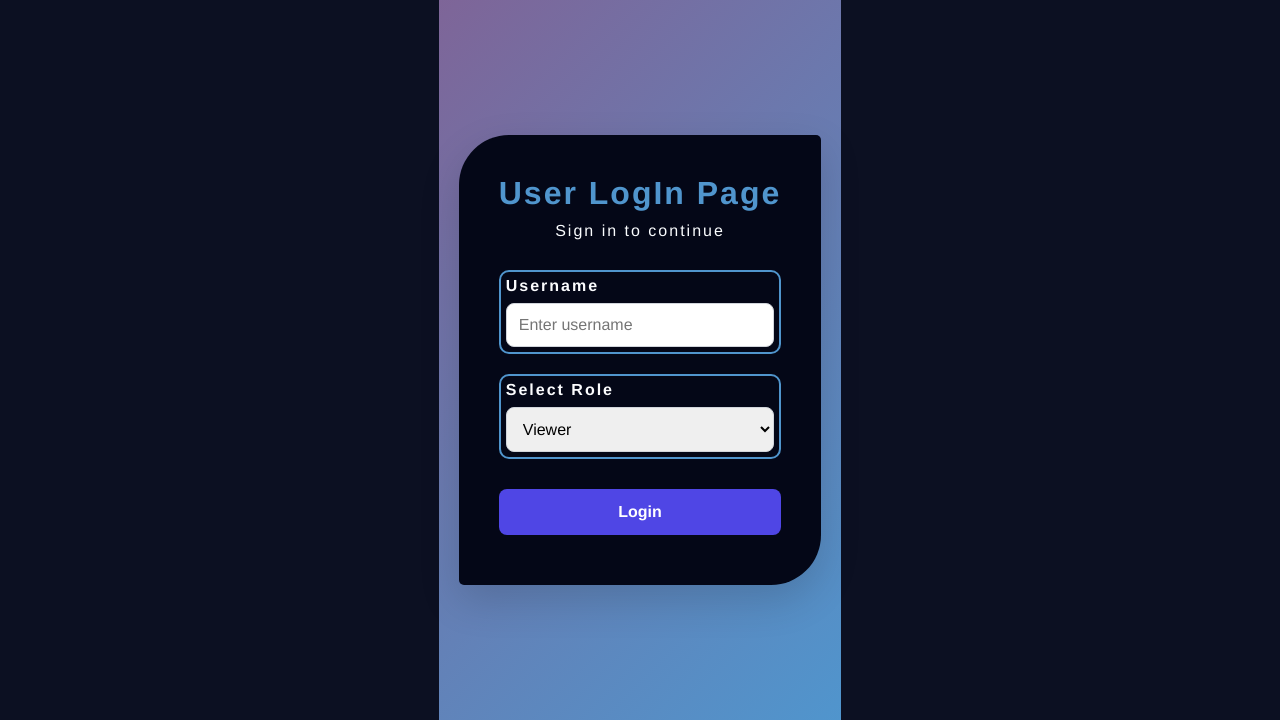
Repository: SolomonChinonso/myUserDashboard
Page: / (app in my-user-dashboard-app/)
An editor plug-in stored every save of this project. The page is shown before and after a run of saves, followed by the edit.
The browser window is 1280 px wide. The pictures show the whole page.
The project was rebuilt for these pictures with package versions that can differ from the ones it lists, and the page was loaded fresh each time. Also part of the build but not shown: my-user-dashboard-app/vite.config.ts, my-user-dashboard-app/src/App.css, my-user-dashboard-app/src/pages/Dashboard.tsx, my-user-dashboard-app/src/pages/Profile.tsx, my-user-dashboard-app/src/pages/Settings.tsx, my-user-dashboard-app/src/components/Navbar.tsx, my-user-dashboard-app/src/components/ProtectedRoute.tsx.

Above is the page before, as saved 2026-05-30 14:56:06.

### my-user-dashboard-app/index.html
<!doctype html>
<html lang="en">
  <head>
    <meta charset="UTF-8" />
    <link rel="icon" type="image/svg+xml" href="/favicon.svg" />
    <meta name="viewport" content="width=device-width, initial-scale=1.0" />
    <title>my-user-dashboard-app</title>
  </head>
  <body>
    <div id="root"></div>
    <script type="module" src="/src/main.tsx"></script>
  </body>
</html>

### my-user-dashboard-app/src/main.tsx
import React from "react";
import ReactDOM from "react-dom/client";
import App from "./App";
import { BrowserRouter } from "react-router-dom";
import { AuthProvider } from "./context/AuthProvider"
import "./index.css"


ReactDOM.createRoot(document.getElementById("root")!).render(
  <React.StrictMode>
    <BrowserRouter>
      <AuthProvider>
        <App />
      </AuthProvider>
    </BrowserRouter>
  </React.StrictMode>
);

### my-user-dashboard-app/src/App.tsx
import {
  Routes,
  Route,
  Navigate,
} from "react-router-dom";
import "./App.css"

import Login from "./pages/Login";
import Dashboard from "./pages/Dashboard";
import Profile from "./pages/Profile";
import Settings from "./pages/Settings";

import Navbar from "./components/Navbar";
import ProtectedRoute from "./components/ProtectedRoute";

import { useAuth } from "./hooks/useAuth";

function App() {
  const { user } = useAuth();

  return (
    <div className="app-section">
      {user && <Navbar />}

      <Routes>
        {/* Redirect homepage to login */}
        <Route
          path="/"
          element={<Navigate to="/login" replace />}
        />

        <Route
          path="/login"
          element={<Login />}
        />

        <Route
          path="/dashboard"
          element={
            <ProtectedRoute>
              <Dashboard />
            </ProtectedRoute>
          }
        />

        <Route
          path="/profile"
          element={
            <ProtectedRoute>
              <Profile />
            </ProtectedRoute>
          }
        />

        <Route
          path="/settings"
          element={
            <ProtectedRoute adminOnly>
              <Settings />
            </ProtectedRoute>
          }
        />

        {/* Catch-all route */}
        <Route
          path="*"
          element={<Navigate to="/login" replace />}
        />
      </Routes>
    </div>
  );
}

export default App;

### my-user-dashboard-app/src/context/AuthProvider.tsx
import {
  useState,
  type ReactNode,
} from "react";

import type { User } from "../types/user";

import { AuthContext } from "./AuthContext";

interface AuthProviderProps {
  children: ReactNode;
}

export const AuthProvider = ({
  children,
}: AuthProviderProps) => {
  const [user, setUser] =
    useState<User | null>(null);

  const login = (userData: User) => {
    setUser(userData);
  };

  const logout = () => {
    setUser(null);
  };

  return (
    <AuthContext.Provider
      value={{
        user,
        login,
        logout,
      }}
    >
      {children}
    </AuthContext.Provider>
  );
};

### my-user-dashboard-app/src/index.css
*{
    margin: 0;
    padding: 0;
    font-family: 'Franklin Gothic Medium', 'Arial Narrow', Arial, sans-serif;
    box-sizing: border-box;
}
body{
    display: flex;
    justify-content: center;
    align-items: center;
    letter-spacing: 2px;
    background-color: #0c1022;
}

### my-user-dashboard-app/src/pages/Login.tsx
// import { useState } from "react";
// import { useNavigate } from "react-router-dom";
// import { useAuth } from "../hooks/useAuth";
// import "./Login.css"

// const Login = () => {
//   const [username, setUsername] = useState("");
//   const [role, setRole] = useState("Viewer");

//   const { login } = useAuth();
//   const navigate = useNavigate();

//   const handleLogin = () => {
//     login({
//       username,
//       role: role as "Admin" | "Editor" | "Viewer",
//     });

//     navigate("/dashboard");
//   };

//   return (
//     <div className="login-page">
//       <h1>Login</h1>

//       <input
//         type="text"
//         placeholder="Username"
//         value={username}
//         onChange={(e) => setUsername(e.target.value)}
//       />

//       <select
//         value={role}
//         onChange={(e) => setRole(e.target.value)}
//       >
//         <option>Admin</option>
//         <option>Editor</option>
//         <option>Viewer</option>
//       </select>

//       <button onClick={handleLogin}>
//         Login
//       </button>
//     </div>
//   );
// };

// export default Login;
import { useState } from "react";
import { useNavigate } from "react-router-dom";
import { useAuth } from "../hooks/useAuth";
import "./Login.css";

const Login = () => {
  const [username, setUsername] = useState("");
  const [role, setRole] = useState("Viewer");

  const { login } = useAuth();
  const navigate = useNavigate();

  const handleLogin = () => {
    login({
      username,
      role: role as "Admin" | "Editor" | "Viewer",
    });

    navigate("/dashboard");
  };

  return (
    <div className="login-page">
      <div className="login-card">
        <h1>User LogIn Page</h1>
        <p className="subtitle">
          Sign in to continue
        </p>

        <div className="form-group">
          <label>Username</label>
          <input
            type="text"
            placeholder="Enter username"
            value={username}
            onChange={(e) =>
              setUsername(e.target.value)
            }
          />
        </div>

        <div className="form-group">
          <label>Select Role</label>
          <select
            value={role}
            onChange={(e) =>
              setRole(e.target.value)
            }
          >
            <option>Admin</option>
            <option>Editor</option>
            <option>Viewer</option>
          </select>
        </div>

        <button
          className="login-btn"
          onClick={handleLogin}
        >
          Login
        </button>
      </div>
    </div>
  );
};

export default Login;

### my-user-dashboard-app/src/hooks/useAuth.ts
import { useContext } from "react";

import { AuthContext } from "../context/AuthContext";

export const useAuth = () => {
  const context = useContext(AuthContext);

  if (!context) {
    throw new Error(
      "useAuth must be used inside AuthProvider"
    );
  }

  return context;
};

### my-user-dashboard-app/src/context/AuthContext.ts
import { createContext } from "react";

import type { User } from "../types/user";

export interface AuthContextType {
  user: User | null;
  login: (user: User) => void;
  logout: () => void;
}
export const AuthContext =
  createContext<AuthContextType | null>(null);

### my-user-dashboard-app/src/pages/Login.css
/* Full page layout */
.login-page {
  min-height: 100vh;
  display: flex;
  justify-content: center;
  align-items: center;

  background: linear-gradient(
    135deg,
    #7e6598,
    #5095cd
  );

  padding: 20px;
}

/* Login card */
.login-card {
  width: 100%;
  max-width: 400px;
  height: 70%;
  background: #040717;
  padding: 40px;
  border-radius: 50px 5px;
  display: flex;
  flex-direction: column;
  justify-content: center;
  align-items: center;
  box-shadow: 0 15px 40px
    rgba(0, 0, 0, 0.15);
  line
  text-align: center;
}

/* Heading */
.login-card h1 {
  margin-bottom: 10px;
  color: #5095cd;
}

.subtitle {
  color: #fafcfe;
  margin-bottom: 30px;
}

/* Form group */
.form-group {
    border: 2px solid #5095cd;
    width: 100%;
    border-radius: 10px;
    padding: 5px;
  display: flex;
  flex-direction: column;
  text-align: left;
  margin-bottom: 20px;
}

.form-group label {
  margin-bottom: 8px;
  font-weight: 600;
  color: #fbfcfe;
}

/* Inputs */
.form-group input,
.form-group select {
  padding: 12px;
  border: 1px solid #d1d5db;
  border-radius: 8px;

  font-size: 16px;
  outline: none;

  transition: 0.3s ease;
}

.form-group input:focus,
.form-group select:focus {
  border-color: #4f46e5;
  box-shadow: 0 0 0 3px
    rgba(79, 70, 229, 0.15);
}

/* Button */
.login-btn {
  width: 100%;
  padding: 14px;

  border: none;
  border-radius: 8px;

  background: #4f46e5;
  color: white;

  font-size: 16px;
  font-weight: bold;

  cursor: pointer;
  transition: 0.3s ease;
}

.login-btn:hover {
  background: #4338ca;
  transform: translateY(-2px);
}

### my-user-dashboard-app/src/components/Navbar.css
nav{
    background-color: rgb(154, 195, 231);
    display: flex;
    justify-content: space-between;
    align-items: center;
    margin: 20px;
    padding: 30px;
    max-width: 100vw;
    border-radius: 50px;

}
.links{
    display: flex;
    gap: 20px;

}
a{
    font-family: Arial, Helvetica, sans-serif;
    text-decoration: none;
    color: rgb(4, 4, 21);

}
button{
    font-size: 1rem;
    color: #4d4894;
    padding: 5px 20px;
    margin: 10px;
    border: 2px solid #0ff;
    border-radius: 50px;
    background: transparent;
    cursor: pointer;
    transition: 0.3s ease-in-out;
}
span{
    order: -1;
    background: white;
    color: rgb(22, 24, 86);
}

After the next 2 saves:
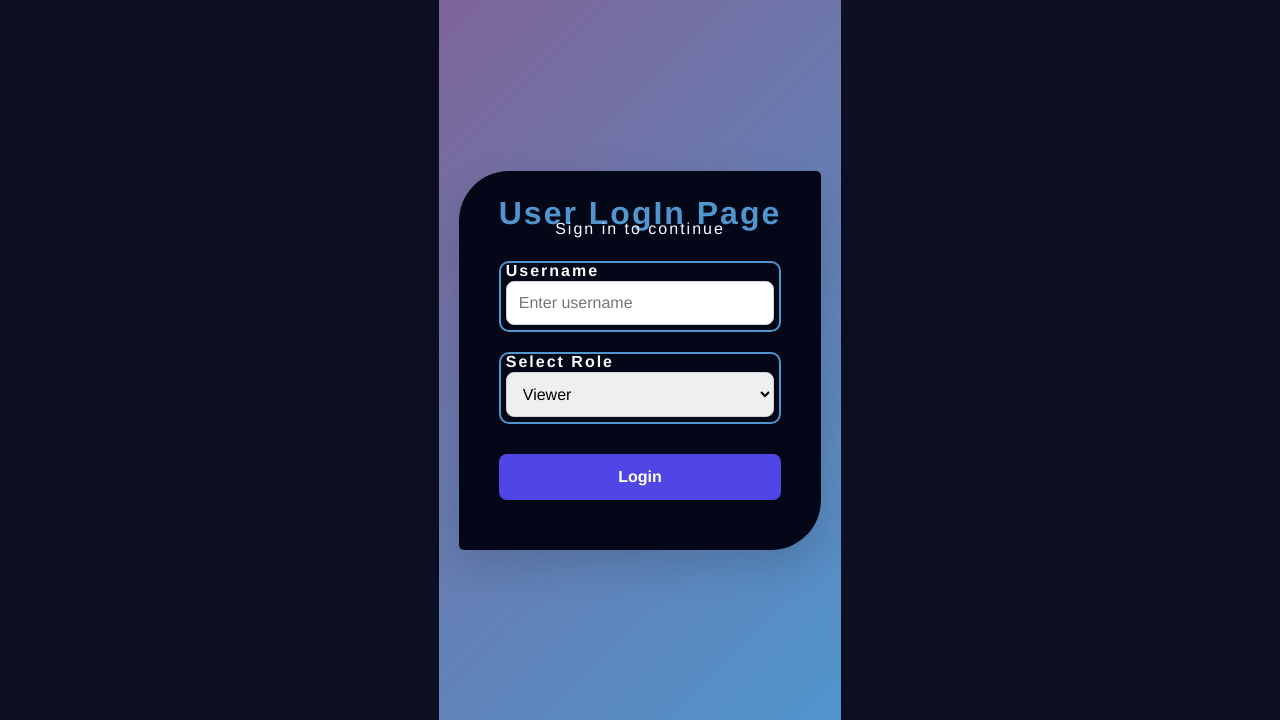
The 2 saves are shown as one change because they came seconds apart.
The last was saved 7 s later.
--- a/my-user-dashboard-app/src/pages/Login.css
+++ b/my-user-dashboard-app/src/pages/Login.css
@@ -28,7 +28,7 @@
   align-items: center;
   box-shadow: 0 15px 40px
     rgba(0, 0, 0, 0.15);
-  line
+  line-height: 5px;
   text-align: center;
 }
 
